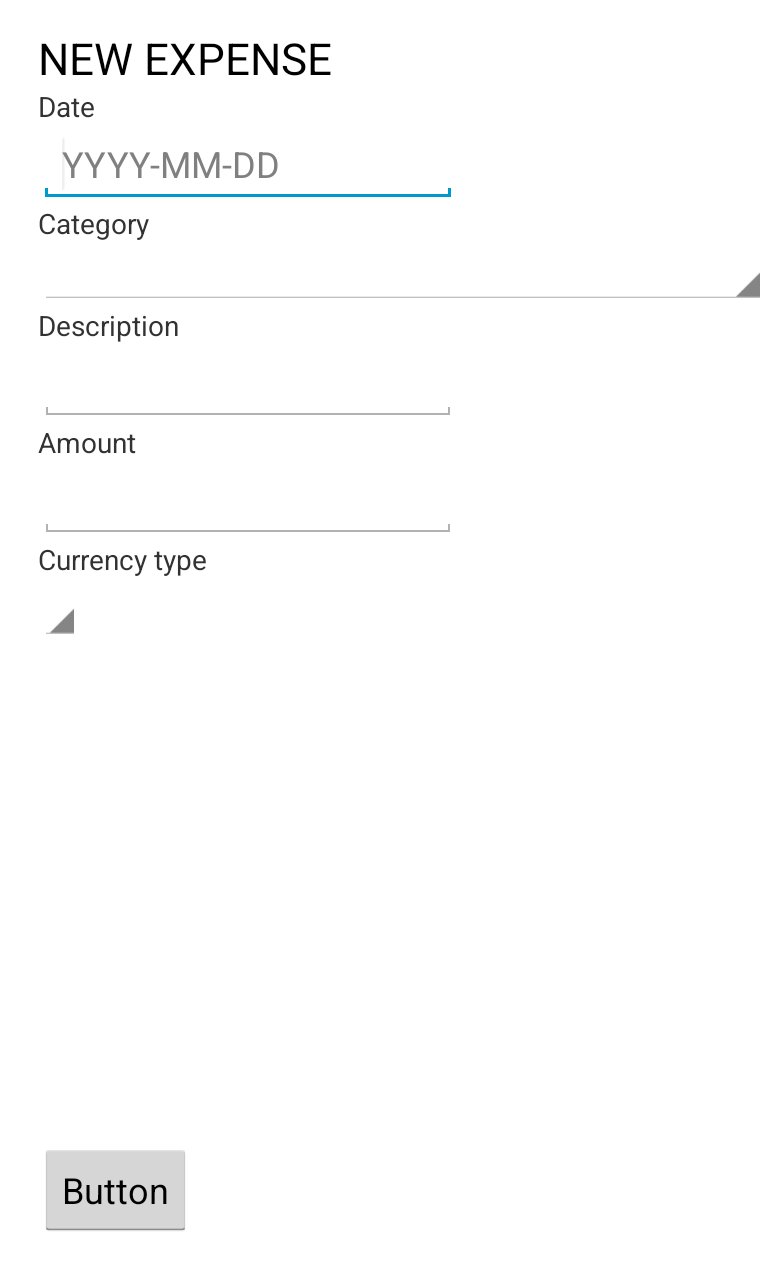
Repository: miguel1726/myassignment1
Layout: miguel1-travel/res/layout/add_exp.xml
The author's editor kept a copy of each file at every save. The layout is drawn from the files as they stood at one save, then again after the next save.
It is drawn on a 768 x 1280 px phone screen (xhdpi) without system bars, with theme AppTheme; the app's code is not run.

Above is the layout before, as saved 2015-01-16 21:43:46.

### miguel1-travel/res/layout/add_exp.xml
<?xml version="1.0" encoding="utf-8"?>
<RelativeLayout xmlns:android="http://schemas.android.com/apk/res/android"
    android:layout_width="match_parent"
    android:layout_height="match_parent" >

    <EditText
        android:id="@+id/new_exp_date_ins"
        android:layout_width="wrap_content"
        android:layout_height="wrap_content"
        android:layout_alignLeft="@+id/new_exp_date"
        android:layout_below="@+id/new_exp_date"
        android:ems="10"
        android:hint="YYYY-MM-DD"
        android:inputType="date" >

        <requestFocus />
    </EditText>

    <TextView
        android:id="@+id/exp_category"
        android:layout_width="wrap_content"
        android:layout_height="wrap_content"
        android:layout_alignLeft="@+id/new_exp_date_ins"
        android:layout_below="@+id/new_exp_date_ins"
        android:text="Category"
        android:textAppearance="?android:attr/textAppearanceSmall" />

    <TextView
        android:id="@+id/add_expenses_title"
        android:layout_width="wrap_content"
        android:layout_height="wrap_content"
        android:layout_alignParentLeft="true"
        android:layout_alignParentTop="true"
        android:layout_marginLeft="19dp"
        android:layout_marginTop="14dp"
        android:text="NEW EXPENSE"
        android:textAppearance="?android:attr/textAppearanceLarge" />

    <TextView
        android:id="@+id/new_exp_date"
        android:layout_width="wrap_content"
        android:layout_height="wrap_content"
        android:layout_alignLeft="@+id/add_expenses_title"
        android:layout_below="@+id/add_expenses_title"
        android:text="Date"
        android:textAppearance="?android:attr/textAppearanceSmall" />

    <Spinner
        android:id="@+id/spinner1"
        android:layout_width="wrap_content"
        android:layout_height="wrap_content"
        android:layout_alignLeft="@+id/exp_category"
        android:layout_alignParentRight="true"
        android:layout_below="@+id/exp_category"
        android:gravity="bottom"
        android:prompt="@array/Category" />

    <TextView
        android:id="@+id/description_exp_new"
        android:layout_width="wrap_content"
        android:layout_height="wrap_content"
        android:layout_alignLeft="@+id/spinner1"
        android:layout_below="@+id/spinner1"
        android:text="Description"
        android:textAppearance="?android:attr/textAppearanceSmall" />

    <EditText
        android:id="@+id/new_exp_descp"
        android:layout_width="wrap_content"
        android:layout_height="wrap_content"
        android:layout_alignLeft="@+id/description_exp_new"
        android:layout_below="@+id/description_exp_new"
        android:ems="10"
        android:inputType="textMultiLine" />

    <TextView
        android:id="@+id/exp_amount"
        android:layout_width="wrap_content"
        android:layout_height="wrap_content"
        android:layout_alignLeft="@+id/new_exp_descp"
        android:layout_below="@+id/new_exp_descp"
        android:text="Amount"
        android:textAppearance="?android:attr/textAppearanceSmall" />

    <EditText
        android:id="@+id/exp_amount_in"
        android:layout_width="wrap_content"
        android:layout_height="wrap_content"
        android:layout_alignLeft="@+id/exp_amount"
        android:layout_below="@+id/exp_amount"
        android:ems="10"
        android:inputType="number" />

    <TextView
        android:id="@+id/exp_currency"
        android:layout_width="wrap_content"
        android:layout_height="wrap_content"
        android:layout_alignLeft="@+id/exp_amount_in"
        android:layout_below="@+id/exp_amount_in"
        android:text="Currency type"
        android:textAppearance="?android:attr/textAppearanceSmall" />

    <Spinner
        android:id="@+id/currency_exp_type"
        android:layout_width="wrap_content"
        android:layout_height="wrap_content"
        android:layout_alignLeft="@+id/exp_currency"
        android:layout_below="@+id/exp_currency" />

    <Button
        android:id="@+id/add_new_exp"
        android:layout_width="wrap_content"
        android:layout_height="wrap_content"
        android:layout_alignLeft="@+id/currency_exp_type"
        android:layout_alignParentBottom="true"
        android:layout_marginBottom="21dp"
        android:text="Button" />

</RelativeLayout>

### miguel1-travel/res/values/spinner_category.xml
<?xml version="1.0" encoding="utf-8"?>
<resources>
    <string-array name="Category" >
        <item >air fare</item>
        <item >ground transport</item>
        <item >vehicle rental</item>
        <item >fuel</item>
        <item >parking</item>
        <item >registration</item>
        <item >accomodation</item>
        <item >meal</item>
    </string-array>
</resources>

### miguel1-travel/res/values/strings.xml
<?xml version="1.0" encoding="utf-8"?>
<resources>

    <string name="app_name">"miguel1-travel "</string>
    <string name="action_settings">Settings</string>
    <string name="hello_world">Hello world!</string>
    <string name="options">OPTIONS</string>
    <string name="claims">CLAIMS</string>
    <string name="delete">DELETE</string>
    <string name="add">ADD</string>
    <string name="edit">EDIT</string>
    <string name="mail">MAIL</string>
    <string name="submit">SUBMIT</string>
    <string name="claim_options">Claim Options</string>
    <string name="new_claim">NEW CLAIM</string>
    <string name="destination">Destination</string>
    <string name="from">From</string>
    <string name="yyyy_mm_dd">YYYY-MM-DD</string>
    <string name="to">To</string>
    <string name="reason_for_trip">Reason for trip</string>
    <string name="business_pleasure_">Business, Pleasure...</string>
    <string name="add_new_claim">ADD NEW CLAIM</string>
    <string name="category">Category</string>
    <string name="new_expense">NEW EXPENSE</string>
    <string name="date">Date</string>
    <string name="description">Description</string>
    <string name="amount">Amount</string>
    <string name="currency_type">Currency type</string>

</resources>

Loaded but not shown: miguel1-travel/res/values/styles.xml (common file); miguel1-travel/res/values-v11/styles.xml (common file); miguel1-travel/res/values-v14/styles.xml (common file)

After the next save:
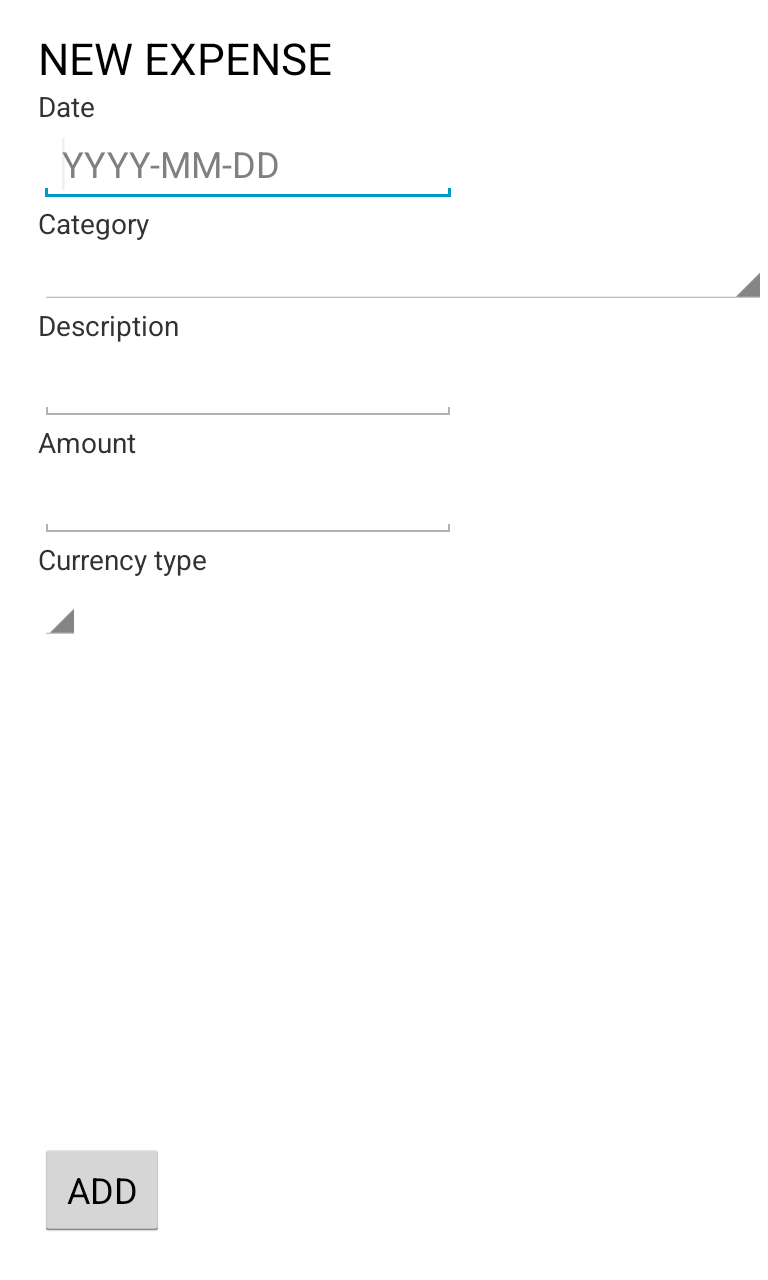
Saved 14 s later.
--- a/miguel1-travel/res/layout/add_exp.xml
+++ b/miguel1-travel/res/layout/add_exp.xml
@@ -10,7 +10,7 @@
         android:layout_alignLeft="@+id/new_exp_date"
         android:layout_below="@+id/new_exp_date"
         android:ems="10"
-        android:hint="YYYY-MM-DD"
+        android:hint="@string/yyyy_mm_dd"
         android:inputType="date" >
 
         <requestFocus />
@@ -22,7 +22,7 @@
         android:layout_height="wrap_content"
         android:layout_alignLeft="@+id/new_exp_date_ins"
         android:layout_below="@+id/new_exp_date_ins"
-        android:text="Category"
+        android:text="@string/category"
         android:textAppearance="?android:attr/textAppearanceSmall" />
 
     <TextView
@@ -33,7 +33,7 @@
         android:layout_alignParentTop="true"
         android:layout_marginLeft="19dp"
         android:layout_marginTop="14dp"
-        android:text="NEW EXPENSE"
+        android:text="@string/new_expense"
         android:textAppearance="?android:attr/textAppearanceLarge" />
 
     <TextView
@@ -42,7 +42,7 @@
         android:layout_height="wrap_content"
         android:layout_alignLeft="@+id/add_expenses_title"
         android:layout_below="@+id/add_expenses_title"
-        android:text="Date"
+        android:text="@string/date"
         android:textAppearance="?android:attr/textAppearanceSmall" />
 
     <Spinner
@@ -61,7 +61,7 @@
         android:layout_height="wrap_content"
         android:layout_alignLeft="@+id/spinner1"
         android:layout_below="@+id/spinner1"
-        android:text="Description"
+        android:text="@string/description"
         android:textAppearance="?android:attr/textAppearanceSmall" />
 
     <EditText
@@ -79,7 +79,7 @@
         android:layout_height="wrap_content"
         android:layout_alignLeft="@+id/new_exp_descp"
         android:layout_below="@+id/new_exp_descp"
-        android:text="Amount"
+        android:text="@string/amount"
         android:textAppearance="?android:attr/textAppearanceSmall" />
 
     <EditText
@@ -97,7 +97,7 @@
         android:layout_height="wrap_content"
         android:layout_alignLeft="@+id/exp_amount_in"
         android:layout_below="@+id/exp_amount_in"
-        android:text="Currency type"
+        android:text="@string/currency_type"
         android:textAppearance="?android:attr/textAppearanceSmall" />
 
     <Spinner
@@ -114,6 +114,6 @@
         android:layout_alignLeft="@+id/currency_exp_type"
         android:layout_alignParentBottom="true"
         android:layout_marginBottom="21dp"
-        android:text="Button" />
+        android:text="@string/add" />
 
 </RelativeLayout>
